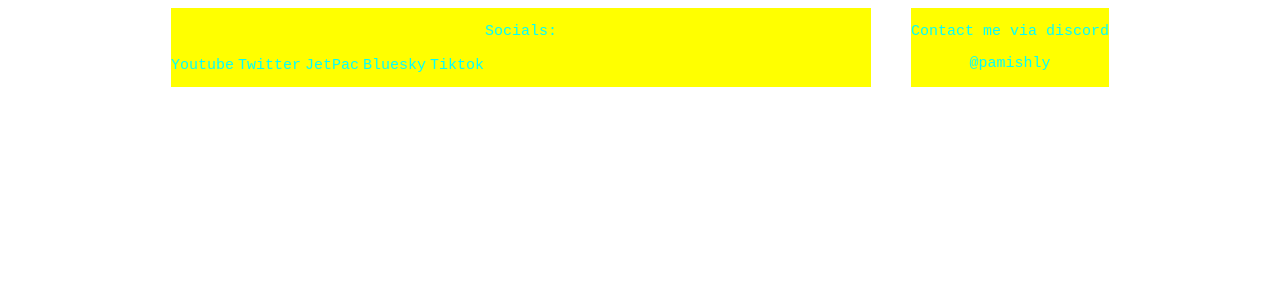
Repository: Pamishly/resources
Page: footer.html
The author's editor kept a copy of each file at every save. The page is drawn from the files as they stood at one save, then again after the next save.
The browser window is 1280 px wide. The pictures show the whole page.

Above is the page before, as saved 2025-01-26 01:16:56.

After the next save:
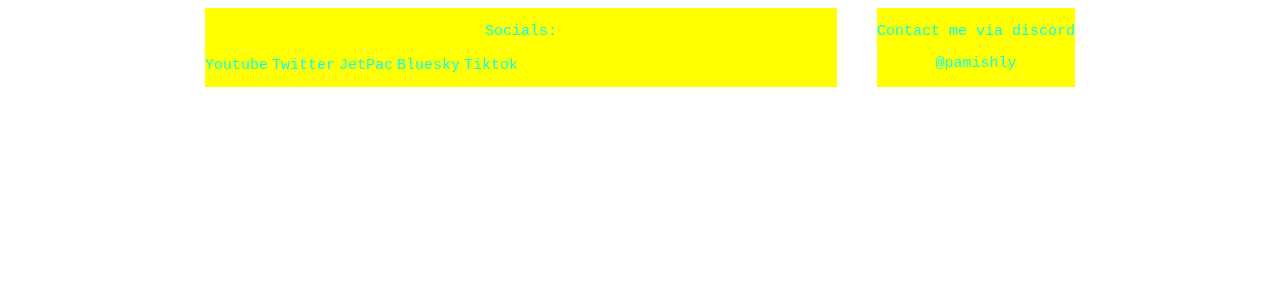
Saved 12 s later.
--- a/footer.html
+++ b/footer.html
@@ -31,6 +31,6 @@
     }
     #social {
         background: yellow;
-        width:700px;
+        width:50%;
     }
 </style>
